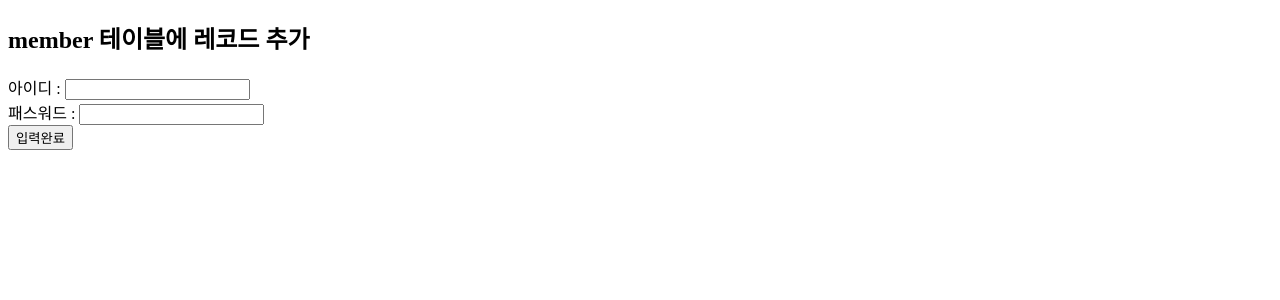
Repository: gugucon-hwan/ForStudyJSP
Page: http://localhost/StudyBasicJSP/ch11/insertTestForm.jsp
These files come from the project's save history. The page is drawn as it stood at one moment and after the next save; the edit follows.
The browser window is 1280 px wide. The pictures show the whole page.
The page is served by Tomcat 9. Other server files are loaded and not shown.

Above is the page before, as saved 2020-08-21 09:43:38.

### StudyBasicJSP/WebContent/ch11/insertTestForm.jsp
<%@ page language="java" contentType="text/html; charset=UTF-8"
    pageEncoding="UTF-8"%>
<!DOCTYPE html>
<html>
<head>
<meta charset="UTF-8">
<title>레코드 추가</title>
</head>
<body>
	<h2>member 테이블에 레코드 추가</h2>
	<form method="post" action="insertTestPro.jsp">
		아이디 : <input type="text" name="id" maxlength="50"><br>
		패스워드 : <input type="password" name="passwd" maxlength="16"><br>
		<input type="submit" value="입력완료">
	</form>
</body>
</html>

After the next save:
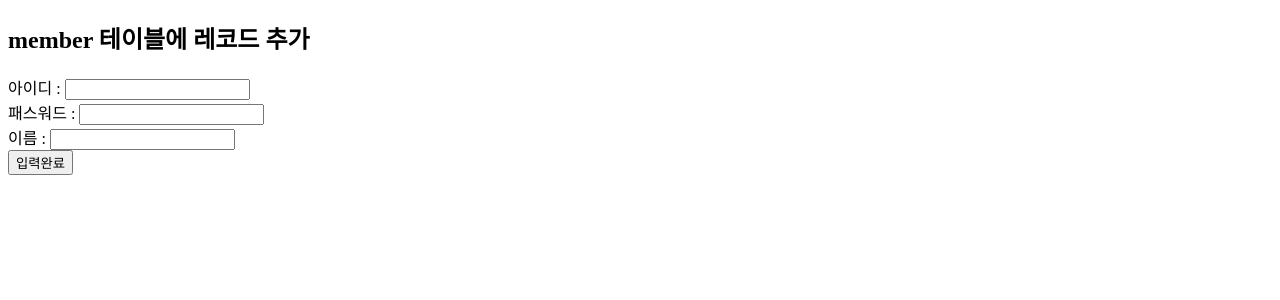
Saved 69 s later.
--- a/StudyBasicJSP/WebContent/ch11/insertTestForm.jsp
+++ b/StudyBasicJSP/WebContent/ch11/insertTestForm.jsp
@@ -11,6 +11,7 @@
 	<form method="post" action="insertTestPro.jsp">
 		아이디 : <input type="text" name="id" maxlength="50"><br>
 		패스워드 : <input type="password" name="passwd" maxlength="16"><br>
+		이름 : <input type="text" name="name" maxlength="10"><br>
 		<input type="submit" value="입력완료">
 	</form>
 </body>
